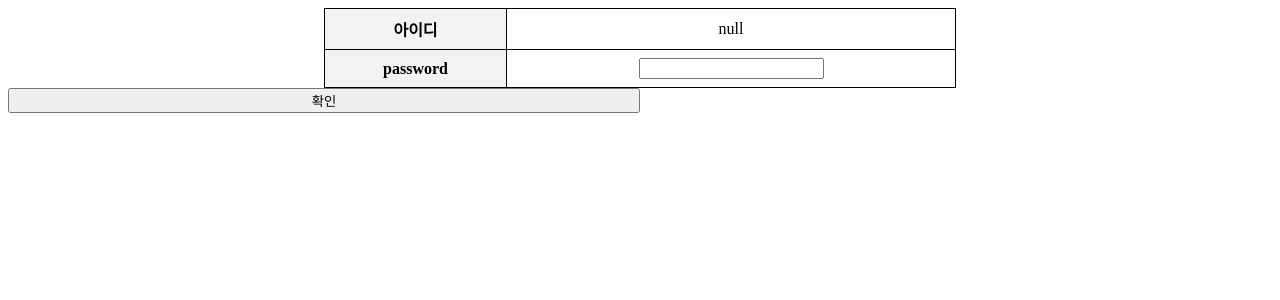
Repository: 2JISUN/hta-lecture-basic
Page: http://localhost/jsp03/info.jsp
These files come from the project's save history. The page is drawn as it stood at one moment and after the next save; the edit follows.
The browser window is 1280 px wide. The pictures show the whole page.
The page is served by Tomcat 10. Other server files are loaded and not shown. Queries for data that is not in the repository find no rows.

Above is the page before, as saved 2023-09-15 06:08:58.

### jsp-lecture/jsp03/src/main/webapp/info.jsp
<%@page import="java.sql.ResultSet"%>
<%@page import="java.sql.PreparedStatement"%>
<%@page import="java.sql.Connection"%>
<%@page import="java.sql.DriverManager"%>
<%@ page language="java" contentType="text/html; charset=UTF-8"
    pageEncoding="UTF-8"%>
<%

	String userID = request.getParameter("id");


	//1. driver 찾기
	String driver = "oracle.jdbc.OracleDriver";
	Class.forName(driver);

	//2. url
	// 자바17 = 오라클11
	String url = "jdbc:oracle:thin:@localhost:1521:xe";
	String id = "jisun";
	String pw = "1234";

	Connection conn = DriverManager.getConnection(url, id, pw);
	System.out.println("db연결 성공");

	//3. 조회 : 쿼리 작성 + 결과값 받아오기
	//3-1. 쿼리문 처리 메서드
	//3-2. 결과값 받아오기 select 를 제외하고 나머지는 정수 0
	PreparedStatement pstmt = null;
	ResultSet rs = null;
	String sql = "select * from test where id = ?";
	pstmt = conn.prepareStatement(sql);
	pstmt.setString(1,userID);
	rs = pstmt.executeQuery();
%>
<!DOCTYPE html>
<html>
<head>
    <meta charset="UTF-8">
    <title>고객 개인정보 테이블</title>
    <style>
    	h1 {
    	width: 50%;
		margin: auto;
    	}
        table {
            border-collapse: collapse;
            width: 50%;
            margin: auto;
        }

        th, td {
            border: 1px solid black;
            padding: 8px;
            text-align: center;
        }

        th {
            background-color: #f2f2f2;
        }
        button {
            	width: 50%;

        }
    </style>
</head>
<body>
	<form action="password-check.jsp" method="post">
		<table>
			<tbody>
				<tr>
					<th>아이디</th>
					<td><%= userID %></td>
					<input type="hidden" name="userID" value="<%= userID %>" readonly>
				</tr>
				<tr>
					<th>password</th>
					<td><input type="password" name="userPW"></td>
				</tr>
			</tbody>
		</table>
		<button>확인</button>
	</form>
</body>
</html>

After the next save:
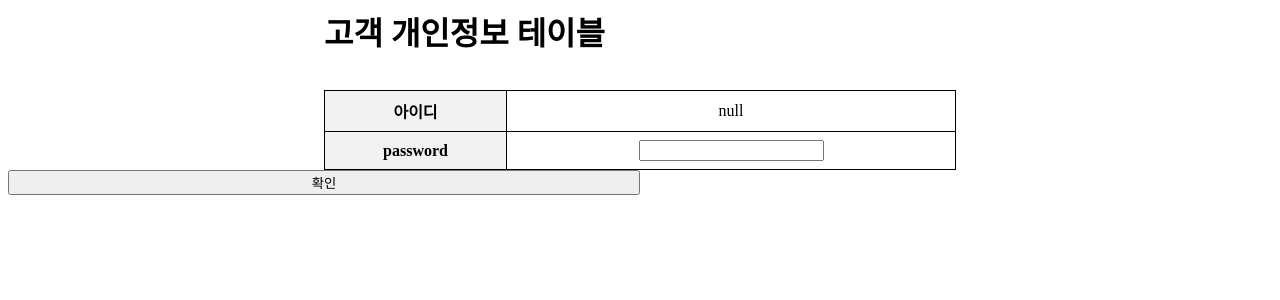
Saved 7 min 29 s later.
--- a/jsp-lecture/jsp03/src/main/webapp/info.jsp
+++ b/jsp-lecture/jsp03/src/main/webapp/info.jsp
@@ -64,21 +64,22 @@
     </style>
 </head>
 <body>
-	<form action="password-check.jsp" method="post">
-		<table>
-			<tbody>
-				<tr>
-					<th>아이디</th>
-					<td><%= userID %></td>
-					<input type="hidden" name="userID" value="<%= userID %>" readonly>
-				</tr>
-				<tr>
-					<th>password</th>
-					<td><input type="password" name="userPW"></td>
-				</tr>
-			</tbody>
-		</table>
-		<button>확인</button>
-	</form>
+<h1>고객 개인정보 테이블</h1>
+<br>
+<br>
+<table>
+    <tbody>
+        <tr>
+            <th>아이디</th>
+            <td><%= userID %></td>
+            <input type="hidden" name="userID" value="<%= userID %>" readonly>
+        </tr>
+        <tr>
+            <th>password</th>
+            <td><input type="password" name="userPW"></td>
+        </tr>
+    </tbody>
+</table>
+<button>확인</button>
 </body>
 </html>
